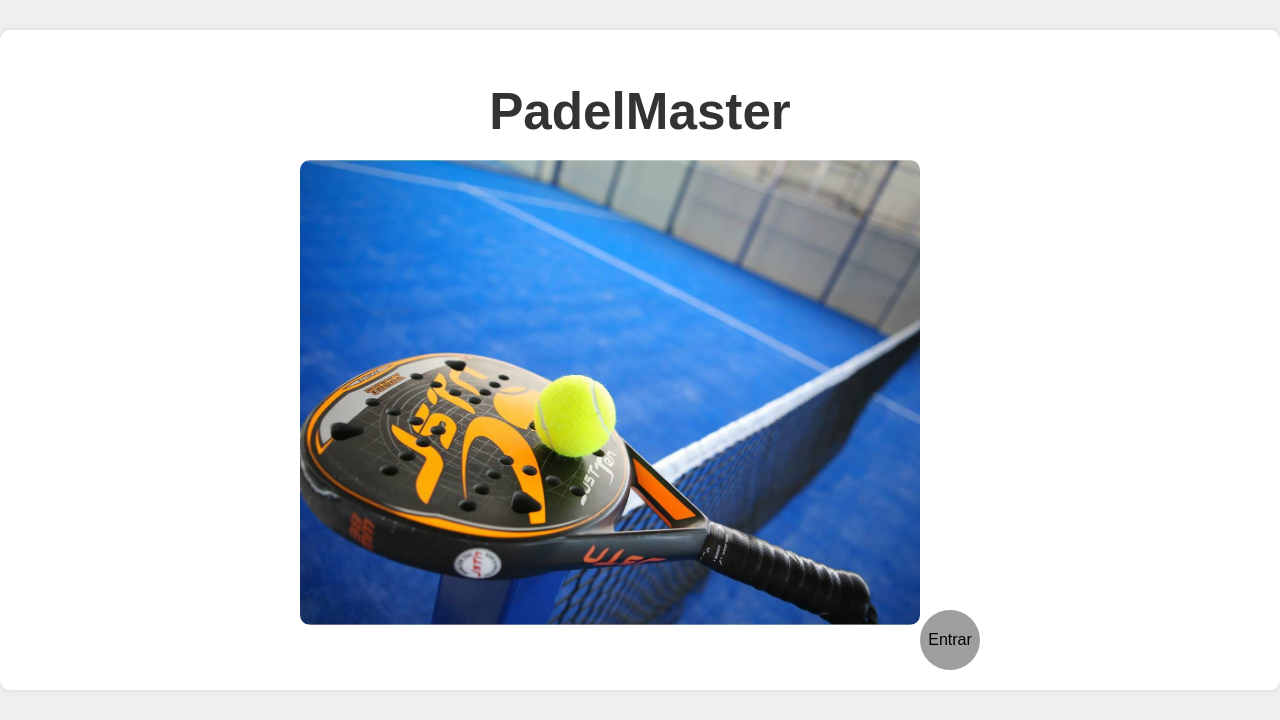
Repository: MarcioMiguel22/PadelMaster
Page: /
These files come from the project's save history. The page is drawn as it stood at one moment and after the next save; the edit follows.
The browser window is 1280 px wide. The pictures show the whole page.
Pictures or frames that could not be fetched are drawn as grey boxes. The project was rebuilt for these pictures with package versions that can differ from the ones it lists, and the page was loaded fresh each time. Also part of the build but not shown: vite.config.ts, src/pages/Services/Calculadora.css, src/pages/Services/Calculadora.tsx.

Above is the page before, as saved 2024-06-13 11:50:23.

After the next save:
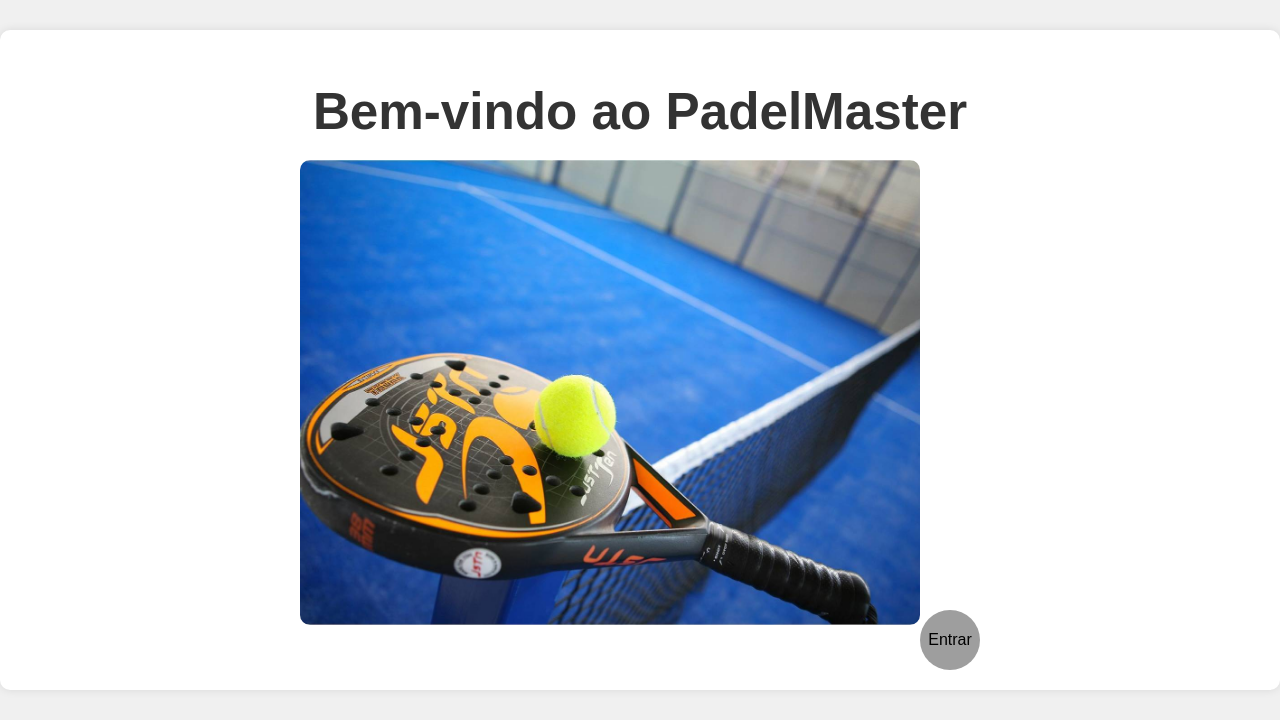
Saved 80 s later.
--- a/src/pages/Home/Home.tsx
+++ b/src/pages/Home/Home.tsx
@@ -1,3 +1,4 @@
+///home/marciomiguel/code/MarcioMiguel22/Sites/PadelMaster/src/pages/Home/Home.tsx
 import React from 'react';
 import { useNavigate } from 'react-router-dom';
 import './PadelPage.css';
@@ -8,7 +9,7 @@ const PadelPage: React.FC = () => {
 
   return (
     <div className="padel-container">
-      <h1>PadelMaster</h1>
+      <h1>Bem-vindo ao PadelMaster</h1>
       <img src={padelImage} alt="Imagem de Padel" className="padel-image" />
       <button className="enter-button" onClick={() => navigate('/calculadora')}>Entrar</button>
     </div>

After the 3 saves that followed:
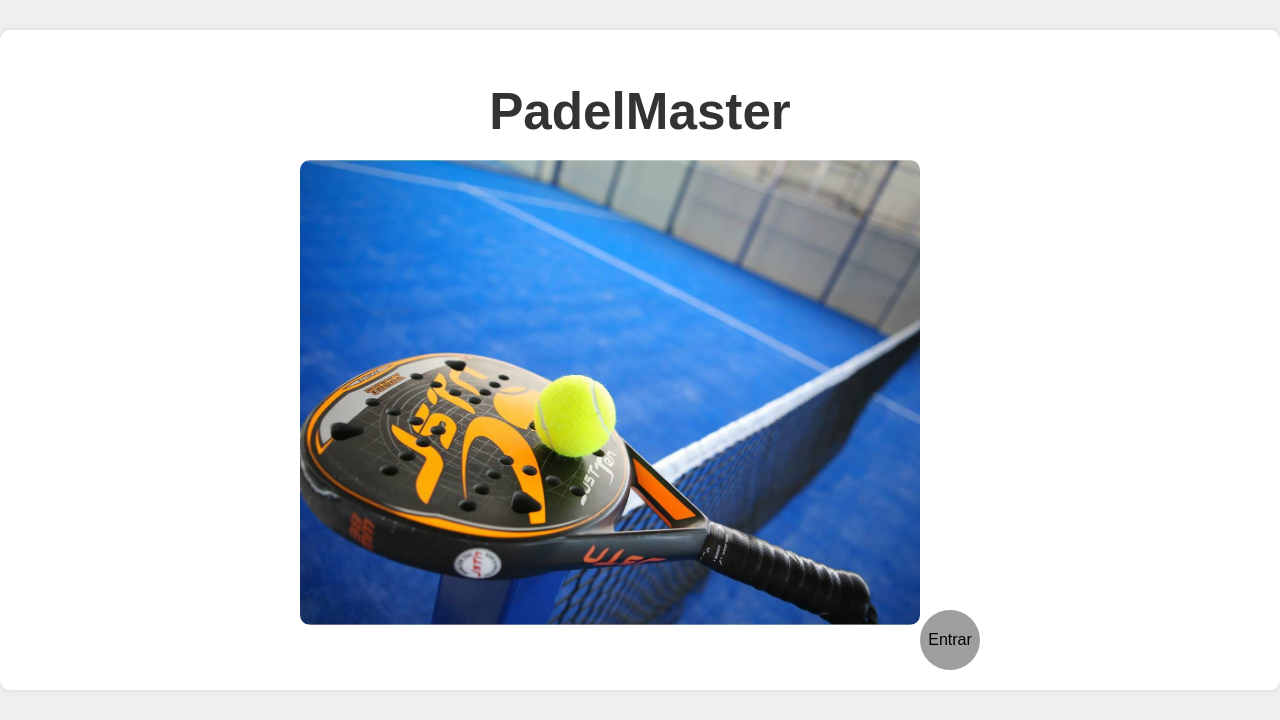
The 3 saves are shown as one change because 1 did not build or start and 1 left the picture as it was.
The last was saved 6 min 17 s later.
--- a/src/pages/Home/Home.tsx
+++ b/src/pages/Home/Home.tsx
@@ -1,15 +1,14 @@
-///home/marciomiguel/code/MarcioMiguel22/Sites/PadelMaster/src/pages/Home/Home.tsx
 import React from 'react';
 import { useNavigate } from 'react-router-dom';
 import './PadelPage.css';
-import padelImage from './Quieres-saber-cuáles-son-los-beneficios-del-pádel-y-porque-es-importante-practicarlo.jpg'; // Certifique-se de que o caminho está correto
+import padelImage from './Quieres-saber-cuáles-son-los-beneficios-del-pádel-y-porque-es-importante-practicarlo.jpg'; // Ensure the path is correct
 
 const PadelPage: React.FC = () => {
   const navigate = useNavigate();
 
   return (
     <div className="padel-container">
-      <h1>Bem-vindo ao PadelMaster</h1>
+      <h1>PadelMaster</h1>
       <img src={padelImage} alt="Imagem de Padel" className="padel-image" />
       <button className="enter-button" onClick={() => navigate('/calculadora')}>Entrar</button>
     </div>
